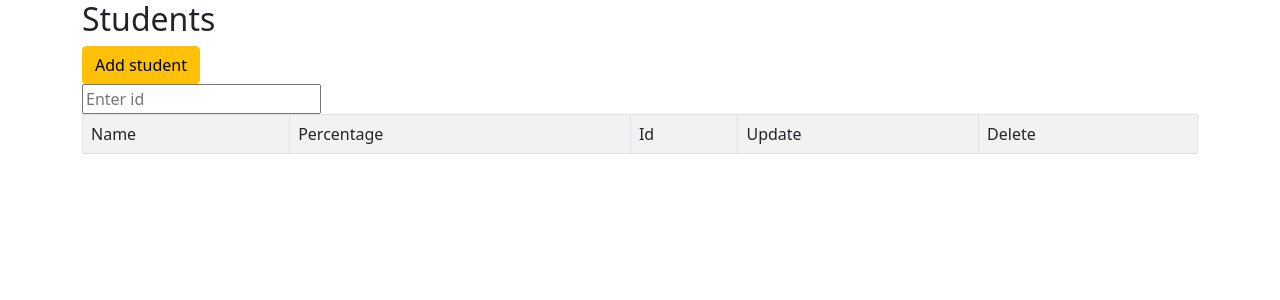
Repository: shivamaninalla/Bank-Application-JSP
Page: http://localhost/09-student-mvc-db/StudentController
An editor plug-in stored every save of this project. The page is shown before and after the next save, followed by the edit.
The browser window is 1280 px wide. The pictures show the whole page.
The page is served by Tomcat 9. Other server files are loaded and not shown. Queries for data that is not in the repository find no rows.

Above is the page before, as saved 2024-07-18 07:11:00.

### 09-student-mvc-db/WebContent/viewstudent.jsp
<%@ page language="java" contentType="text/html; charset=ISO-8859-1"
	pageEncoding="ISO-8859-1"%>
<%@ taglib uri="http://java.sun.com/jsp/jstl/core" prefix="c"%>
<%@ taglib uri="http://java.sun.com/jsp/jstl/functions" prefix="fn"%>
<link
	href="https://cdn.jsdelivr.net/npm/bootstrap@5.0.2/dist/css/bootstrap.min.css"
	rel="stylesheet"
	integrity="sha384-EVSTQN3/azprG1Anm3QDgpJLIm9Nao0Yz1ztcQTwFspd3yD65VohhpuuCOmLASjC"
	crossorigin="anonymous">
<script
	src="https://cdn.jsdelivr.net/npm/bootstrap@5.0.2/dist/js/bootstrap.bundle.min.js"
	integrity="sha384-MrcW6ZMFYlzcLA8Nl+NtUVF0sA7MsXsP1UyJoMp4YLEuNSfAP+JcXn/tWtIaxVXM"
	crossorigin="anonymous"></script>
<!DOCTYPE html>
<html>
<head>
<meta charset="ISO-8859-1">
<title>Insert title here</title>
</head>
<body>
 <div class="container">
	<h2>Students</h2>
	<a href="addStudent.jsp" class="btn btn-warning">Add student</a>
	<div class="search-wrapper">
            <input type="search" class="search-bar" placeholder="Enter id">
            <c:forEach var="d" items="${data}">
            <a href="StudentController?command=search&id=${d.id}" class="btn btn-warning">Go</a>
            </c:forEach>
        </div>

	<table class="table table-striped table-bordered">
		<tr>
			<td>Name</td>
			<td>Percentage</td>
			<td>Id</td>
			<td>Update</td>
			<td>Delete</td>


		</tr>
		<c:forEach var="d" items="${data}">
			<tr>
				<td>${d.name}</td>
				<td>${d.percentage}</td>
				<td>${d.id}</td>
				<td>
				<a href="StudentController?command=load&id=${d.id}" class="btn btn-warning">Update</a>
                </td>
                <td>
				<a href="StudentController?command=delete&id=${d.id}" class="btn btn-danger">Delete</a>
                </td>


			</tr>
		</c:forEach>

	</table>
	</div>



</body>
</html>

### 09-student-mvc-db/src/com/monocept/controller/StudentController.java
package com.monocept.controller;

import java.io.IOException;
import java.sql.SQLException;
import java.util.List;

import javax.annotation.Resource;
import javax.servlet.RequestDispatcher;
import javax.servlet.ServletException;
import javax.servlet.annotation.WebServlet;
import javax.servlet.http.HttpServlet;
import javax.servlet.http.HttpServletRequest;
import javax.servlet.http.HttpServletResponse;
import javax.sql.DataSource;

import com.model.dao.StudentDbUtil;
import com.model.entity.Student;

@WebServlet("/StudentController")
public class StudentController extends HttpServlet {
	private static final long serialVersionUID = 1L;

	@Resource(name = "jdbc/studentdb")
	private DataSource dataSource;

	private StudentDbUtil studentDbUtil;

	@Override
	public void init() throws ServletException {
		// TODO Auto-generated method stub
		super.init();
		studentDbUtil = new StudentDbUtil(dataSource);
	}

	protected void list(HttpServletRequest request, HttpServletResponse response) throws ServletException, IOException {

		List<Student> studentList;
		try {
			studentList = studentDbUtil.getStudents();
			System.out.println(studentList);
			request.setAttribute("data", studentList);
			RequestDispatcher req = request.getRequestDispatcher("viewstudent.jsp");
			req.forward(request, response);
		} catch (SQLException e) {
			// TODO Auto-generated catch block
			e.printStackTrace();
		}

	}

	protected void doGet(HttpServletRequest request, HttpServletResponse response)
			throws ServletException, IOException {

		String command;
		command = request.getParameter("command");
		if (command == null) {
			command = "list";
		}
		switch (command) {

		case "add":
			addStudent(request, response);
			break;
		case "load":
			loadStudent(request, response);
			break;
		case "update":
			updateStudent(request, response);
			break;
		case "delete":
			deleteStudent(request, response);
			break;
		case "search":
			searchStudent(request, response);
			break;
		default:
			list(request, response);
			break;
		}

	}

	private void searchStudent(HttpServletRequest request, HttpServletResponse response) throws ServletException, IOException {
		String id = request.getParameter("id");
		int id1 = 0;
		try {
			if (id != null && !id.isEmpty()) {
				id1 = Integer.parseInt(id);
			}
		} catch (NumberFormatException e) {
			e.printStackTrace();
		}

		Student student = StudentDbUtil.getStudent(id1);

		System.out.println(student);
		request.setAttribute("data", student);
		RequestDispatcher req = request.getRequestDispatcher("searchstudent.jsp");
		req.forward(request, response);

	}

	private void updateStudent(HttpServletRequest request, HttpServletResponse response) throws IOException {
		int id = Integer.parseInt(request.getParameter("id"));
		String name = request.getParameter("name");
		int percentage = Integer.parseInt(request.getParameter("percentage"));
		Student student1 = new Student(name, percentage, id);
		System.out.println(name);
		boolean update = studentDbUtil.updateStudentToDb(student1);
		System.out.println(update);
		response.sendRedirect(request.getContextPath() + "/StudentController");

	}

	private void loadStudent(HttpServletRequest request, HttpServletResponse response)
			throws ServletException, IOException {
		int id = Integer.parseInt(request.getParameter("id"));
		System.out.println("Updated element: " + id);
		Student student = StudentDbUtil.getStudent(id);

		System.out.println(student);
		request.setAttribute("data", student);
		RequestDispatcher req = request.getRequestDispatcher("updatestudent.jsp");
		req.forward(request, response);

	}

	private void deleteStudent(HttpServletRequest request, HttpServletResponse response) throws IOException {

		int id = Integer.parseInt(request.getParameter("id"));
		boolean delete = studentDbUtil.deleteStudentDb(id);
		if (delete) {
			response.sendRedirect(request.getContextPath() + "/StudentController");
		}
		System.out.println("Delete element: " + id);
	}

	private void addStudent(HttpServletRequest request, HttpServletResponse response)
			throws ServletException, IOException {
		String name = request.getParameter("name");
		String percentage = request.getParameter("percentage");
		int percentage1 = 0;
		try {
			if (percentage != null && !percentage.isEmpty()) {
				percentage1 = Integer.parseInt(percentage);
			}
		} catch (NumberFormatException e) {
			e.printStackTrace();
		}

		Student student = new Student(name, percentage1);
		System.out.println(name);
		boolean add = studentDbUtil.addStudentToDb(student);
		response.sendRedirect(request.getContextPath() + "/StudentController");
	}

	protected void doPost(HttpServletRequest request, HttpServletResponse response)
			throws ServletException, IOException {
		// TODO Auto-generated method stub
		doGet(request, response);
	}

}

After the next save:
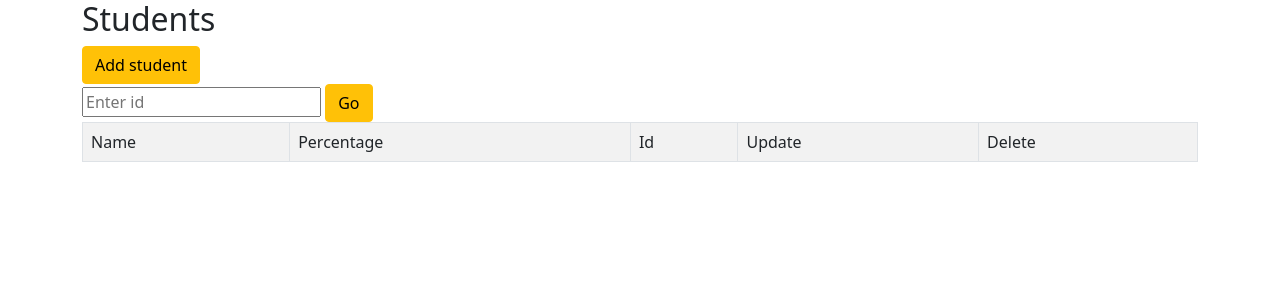
Saved 73 s later.
--- a/09-student-mvc-db/WebContent/viewstudent.jsp
+++ b/09-student-mvc-db/WebContent/viewstudent.jsp
@@ -23,9 +23,9 @@
 	<a href="addStudent.jsp" class="btn btn-warning">Add student</a>
 	<div class="search-wrapper">
             <input type="search" class="search-bar" placeholder="Enter id">
-            <c:forEach var="d" items="${data}">
+
             <a href="StudentController?command=search&id=${d.id}" class="btn btn-warning">Go</a>
-            </c:forEach>
+
         </div>
 
 	<table class="table table-striped table-bordered">
